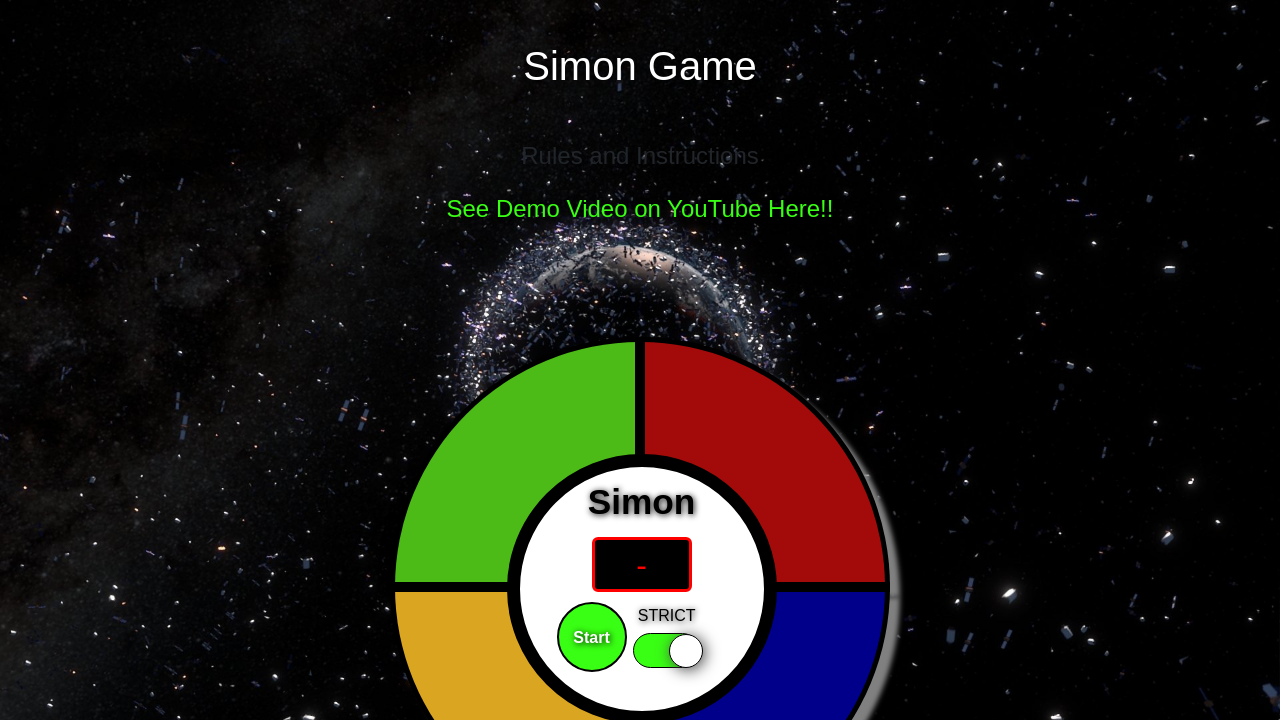
Repository: cgaynor91/Simon-Memory-Game
Page: index.html
The author's editor kept a record of every edit. The page is drawn from the files as they stood at one moment, then again after the next edit.
The browser window is 1280 px wide. The pictures show the whole page.
The pointer rests on the first visible `.btn-modal`.
An inner scrolling area shows only its first screen. Some web fonts or font styles are not loaded; a fallback is used.

Above is the page before.

### index.html
<!DOCTYPE html>
<html lang="en">

<head>
    <meta charset="UTF-8">
    <meta name="viewport" content="width=device-width, initial-scale=1.0">
    <meta http-equiv="X-UA-Compatible" content="ie=edge">
    <title>Simon Memory Game</title>

    <!-- Style sheets -->
    <link rel="stylesheet" href="https://stackpath.bootstrapcdn.com/bootstrap/4.3.1/css/bootstrap.min.css">
    <link href="https://fonts.googleapis.com/css?family=Fascinate+Inline&display=swap" rel="stylesheet" type="text/css">
    <link class="favicon" rel="icon" href="assets/images/favicon.ico" type="image/ico">

    <link rel="stylesheet" href="assets/css/style.css">

</head>


<body>
  <!-- Main Container -->

  <div class="container-fluid header">
    <!--main container-->
    <div class="row">
      <div class="col">
        <h1 class="m-4 py-2">Simon Game</h1>
      </div>
    </div>


    <!-- Button trigger modal - adapted from getbootstrap.com -->
<button type="button" class="btn btn-modal" data-toggle="modal" data-target="#exampleModal">
  Rules and Instructions
</button>

<!-- Modal -->
<div class="modal fade" id="exampleModal" tabindex="-1" role="dialog" aria-labelledby="exampleModalLabel" aria-hidden="true">
  <div class="modal-dialog" role="document">
    <div class="modal-content">
      <div class="modal-header">
        <h5 class="modal-title" id="ModalLabel">Rules & Instructions</h5>
        <button type="button" class="close" data-dismiss="modal" aria-label="Close">
          <span aria-hidden="true">&times;</span>
        </button>
      </div>
      <div class="modal-body">
        Think fast... SIMON says, "Chase my flashing lights and sounds"! <br>
         The challenge is to repeat the ever-increasing random signals that SIMON generates.<br>
         How To Play?<br>
         1. Press red START button; SIMON will give the first signal.<br>
2. Repeat the signal by pressing the same lens.<br>
3. SIMON will duplicate the first signal and will add one.<br>
4. Repeat these two signals by pressing the same lenses.<br>
5. SIMON will duplicate these first two signals and add one.<br>
6. Continue in this manner as long as you can repeat each sequence of signals correctly.<br>

      </div>
      <div class="modal-footer">
        <button type="button" class="btn btn-secondary" data-dismiss="modal">Close</button>
        <button type="button" class="btn btn-primary">Save changes</button>
      </div>
    </div>
  </div>
</div>

    <div class="row">
      <div class="rules-col col">
        <a href="https://www.youtube.com/watch?v=1Yqj76Q4jJ4" target="_blank">See Demo Video on YouTube Here!!</a>
      </div>
    </div>

    <!-- will hold the simon board -->
    <div class="container-fluid outer-circle">
      <div class="row">
        <div class="col simon-board">
          <div class="pads">
            <div id="greenpad" class="pad green-pad"></div>
            <div id="redpad" class="pad red-pad"></div>
            <div id="yellowpad" class="pad yellow-pad"></div>
            <div id="bluepad" class="pad blue-pad"></div>
          </div>

<!-- inner -circle of board containg number counter and switches -->

          <div class="inner-circle">
            <div class="label">Simon</div>
            <div id="turn" class="display">-</div>
            <div id="start" class="start-button">Start</div>
            <div class="container strict">
              <div class="strict-label">
                <p>STRICT</p>
                <div class="strict-switch">
                  <input type="checkbox" id="strict" class="toggle" checked/>
                </div>
              </div>
            </div>
          </div>
        </div>
      </div>
    </div>
  </div>

   <div class="container-fluid footer">
    <div class="row justify-content-center">
      <p>Website created by Claire Gaynor &copy;
        <br> For educational purposes only.</p>
    </div>
  </div>

    <!-- Audio Clips -->
  <audio id="sound-green" src="assets/sounds/green.mp3"></audio>
  <audio id="sound-red" src="assets/sounds/red.mp3"></audio>
  <audio id="sound-yellow" src="assets/sounds/yellow.mp3"></audio>
  <audio id="sound-blue" src="assets/sounds/blue.mp3"></audio>
  <audio id="game-win" src="assets/sounds/game-win.wav"></audio>
  <audio id="game-over" src="assets/sounds/game-over.wav"></audio>



    <!-- Scripts located at the bottom of the body to ensure quick page loading -->
    <script src="https://cdnjs.cloudflare.com/ajax/libs/jquery/3.4.1/jquery.slim.min.js"></script>
    <script src="https://ajax.googleapis.com/ajax/libs/jquery/3.3.1/jquery.min.js"></script>
    <script src="https://cdnjs.cloudflare.com/ajax/libs/popper.js/1.15.0/umd/popper.min.js"></script>
    <script src="https://stackpath.bootstrapcdn.com/bootstrap/4.3.1/js/bootstrap.min.js"></script>
    <script src="assets/js/script.js"></script>



</body>

</html>

### assets/css/style.css
@import url('https://fonts.googleapis.com/css?family=Fascinate+Inline:100,200,300,400,500,600,700');


html,

body {
  width: 100%;
  height: 100%;
  margin: 0;
  padding: 0;
  overflow-x: hidden;
  background-image: url("../images/bgimage.jpg");
  background-color: #161677;
  background-size: cover;
  font-family: 'Fascinate inline', sans-serif;
  text-shadow: 1px 1px 6px #000000;
}

.row {
  text-align: center;
  padding: 10px;
  margin: 0;
  width: 100%;
  height: 100%;
}

a {
  color: #39ff14;
  padding-top: 5px;
  font-size: 1.5em;
}

a:hover {
  color: #fff;
  text-decoration: none;
}

.rules-col {
  margin-bottom: 50px;
}

h1 {
  color: #fff;
  margin-top: 10px;
}

.label {
  position: absolute;
  font-size: 2.2em;
  color: #000;
  font-weight: bold;
  margin-top: 10px;
}


/* Modal */

.btn-modal {
    color: #39ff14;
  padding-top: 5px;
  font-size: 1.5em;
}


/* Containers */

.header {
  color: white;
  text-align: center;
}

.outer-circle {
  padding: 0;
  margin: auto;
  width: 100%;
  height: 100vw;
  max-width: 600px;
  max-height: 600px;
  border-radius: 50%;
  background-color: transparent;
  margin-bottom: 230px;
  display: flex;
}


.strict {
  position: absolute;
  margin-top: 149px;
  margin-left: 50px;
  padding: 0px;
  width: 29%;
  line-height: 0;
}


.footer {
  color: #fff;
}


/* Controls */


.inner-circle {
  display: -webkit-box;
  display: -ms-flexbox;
  display: flex;
  -webkit-box-pack: center;
  -ms-flex-pack: center;
  justify-content: center;
  position: absolute;
  background-color: #fff;
  top: 27%;
  left: 27%;
  width: 46vw;
  height: 46vw;
  max-width: 270px;
  max-height: 270px;
  border: solid 13px #000;
  border-radius: 50%;
  line-height: 50px;
  box-sizing: border-box;
  -moz-box-sizing: border-box;
  -webkit-box-sizing: border-box;
}


#turn {
  position: absolute;
  top: 70px;
  max-width: 100px;
  max-height: 55px;
  color: #ff0000;
  background-color: #000;
  width: 39vw;
  height: 11vw;
  margin: auto;
  border: solid 3px #ff0000;
  border-radius: 6px;
  font-size: 2em;
}

.start-button {
    float: left;
    margin-right: 100px;
    margin-top: 135px;
    padding: 10px;
    line-height: 3em;
    font-weight: bold;
    background-color: #39ff14;
    height: 70px;
    width: 70px;
    border-radius: 50%;
    border: solid 2px #000;
}

.start-button:active {
  background-color: #ccff00;
}

.strict-switch {
  margin-top: 17px;
}

.strict-label {
  color: #000;
}

input[type="checkbox"] {
  position: relative;
  width: 67px;
  height: 35px;
  -webkit-appearance: none;
  -moz-appearance: none;
  -o-appearance: none;
  appearance: none;
  background: #3e8231;
  border: solid 1px #000;
  border-radius: 25vw;
}

input:checked[type="checkbox"] {
  background-color: #39ff14;
}

input[type="checkbox"]:before {
  content: "";
  position: absolute;
  height: 34px;
  width: 34px;
  border-radius: 50%;
  border: solid .5px #000;
  background-color: #fff;
  box-shadow: 2px 2px 15px #444;
}

input:checked[type="checkbox"]:before {
  left: 35px;
}


/* Simon Board Pad Colours */

.pad {
  float: left;
  position: relative;
  width: 50%;
  height: 50vw;
  border: solid 12px #000;
  max-width: 300px;
  max-height: 300px;
  -moz-box-sizing: border-box;
  -webkit-box-sizing: border-box;
  box-shadow: 1px 1px 12px #000000;

}


#greenpad {
  position: absolute;
  height: 250px;
  width: 250px;
  border-radius: 250px 0 0 0;
  -moz-border-radius: 250px 0 0 0;
  -webkit-border-radius: 250px 0 0 0;
  background: #4CBB17;
  top: 50%;
  left: 50%;
  margin: -250px 0px 0px -250px;
  border-style: solid;
  border-width: 5px;
  box-sizing: border-box;
  -moz-box-sizing: border-box;
  -webkit-box-sizing: border-box;
}

#redpad {
  position: absolute;
  height: 250px;
  width: 250px;
  -moz-border-radius: 0 250px 0 0;
  -webkit-border-radius: 0 250px 0 0;
  background: #a30b0b;
  top: 50%;
  left: 50%;
  margin: -250px 0px 0px 0px;
  border-style: solid;
  border-width: 5px;
   box-shadow: 10px 10px 5px grey;
  box-sizing: border-box;
  -moz-box-sizing: border-box;
  -webkit-box-sizing: border-box;
}

#yellowpad {
  position: absolute;
  height: 250px;
  width: 250px;
  -moz-border-radius: 0 0 0 250px;
  -webkit-border-radius: 0 0 0 250px;
  background: #daa520;
  top: 50%;
  left: 50%;
  margin: 0px -250px 0px -250px;
  border-style: solid;
  border-width: 5px;
  box-sizing: border-box;
  box-shadow: 10px 10px 5px grey;
  -moz-box-sizing: border-box;
  -webkit-box-sizing: border-box;
}

#bluepad {
  position: absolute;
  height: 250px;
  width: 250px;
  -moz-border-radius: 0 0 250px 0;
  -webkit-border-radius: 0 0 250px 0;
  background: #00008b;
  top: 50%;
  left: 50%;
  margin: 0px 0px -250px 0px;
  border-style: solid;
  border-width: 5px;
  box-sizing: border-box;
   box-shadow: 10px 10px 5px grey;
  -moz-box-sizing: border-box;
  -webkit-box-sizing: border-box;
}

### assets/js/script.js
// Variables

let order = [];
let playerOrder = [];
let flash, turn, good, compTurn, intervalId, win;
let strict = true;
let volume = true;

// Variables targeted using jquery

const turnCounter = document.getElementById("turn");
const pad = document.getElementById("pad");
const greenPad = document.getElementById("greenpad");
const redPad = document.getElementById("redpad");
const yellowPad = document.getElementById("yellowpad");
const bluePad = document.getElementById("bluepad");
const strictButton = document.getElementById("strict");
const startButton = document.getElementById("start");



// Adapt game to play in strict mode if selected

$(strictButton).on('click', function() {
  if (strictButton.checked == true) {
    strict = true;
    turn = 1;
    clearInterval(intervalId);
    if ($(turnCounter).text() == "-") {
      $(turnCounter).text("-");
    }
    else {
      $(turnCounter).text("0");
    }
    setTimeout(function() {
      clearColor();
    }, 800);
  }
  else {
    strict = false;
  }
});


// Intialize Game when start button clicked

$(startButton).on("click", function() {
  clearInterval(intervalId);
  playGame();
});

// This function runs when it is time for the computer to generate a sequence.


function playGame() {
  intervalId = 0;
  win = false;
  $(turnCounter).text("1");
  playerOrder = [];
  turn = 1;
  flash = 0;
  good = true;
  for (var i = 0; i < 20; i++) {
    order.push(Math.floor(Math.random() * 4) + 1);
  }
  compTurn = true;

  intervalId = setInterval(gamePlay, 800);
}

/* A function to identify if it is the player's turn or the computer's turn.
The amount of flashes must match the number in the turn counter - sequence stops and is logged.
The comptuer reproduces a sequence and checks light id and applies correct light and sound function
Code here is partly taken from a tutorial on youtube by freecodecamp(credits & link in Readme)*/

function gamePlay() {

  if (flash == turn) {
    clearInterval(intervalId);
    compTurn = false;
    clearColor();
  }

  if (compTurn) {
    clearColor();
    setTimeout(function() {
      if (order[flash] == 1) one();
      if (order[flash] == 2) two();
      if (order[flash] == 3) three();
      if (order[flash] == 4) four();
      flash++;
    }, 200);
  }
}

// Functions that generate lights and sounds for all four pads

function one() {
  if (volume) {
    let audio = document.getElementById("sound-green");
    audio.play();
  }
  volume = true;
  greenPad.style.backgroundColor = "#39ff14";
}

function two() {
  if (volume) {
    let audio = document.getElementById("sound-red");
    audio.play();
  }
  volume = true;
  redPad.style.backgroundColor = "#B22222";
}

function three() {
  if (volume) {
    let audio = document.getElementById("sound-yellow");
    audio.play();
  }
  volume = true;
  yellowPad.style.backgroundColor = "#FFFF00";
}

function four() {
  if (volume) {
    let audio = document.getElementById("sound-blue");
    audio.play();
  }
  volume = true;
  bluePad.style.backgroundColor = "#0000ff";
}

// Returns pads to their original state

function clearColor() {
  greenPad.style.backgroundColor = "#4CBB17";
  redPad.style.backgroundColor = "#a30b0b";
  yellowPad.style.backgroundColor = "#daa520";
  bluePad.style.backgroundColor = "#00008b";
}

// Function to cause all colours to flash at the same time

function flashColor() {
  greenPad.style.backgroundColor = "#39ff14";
  redPad.style.backgroundColor = "#B22222";
  yellowPad.style.backgroundColor = "#FFFF00";
  bluePad.style.backgroundColor = "#0000FF";
}

// Functions for wqhen each pads are clicked.
// By clicking one pad, a number is pushed into the player sequence array
// Colour clears after set time

$(greenPad).on('click', function() {
  playerOrder.push(1);
  check();
  one();
  if (!win) {
    setTimeout(function() {
      clearColor();
    }, 350);
  }
});

$(redPad).on('click', function() {
  playerOrder.push(2);
  check();
  two();
  if (!win) {
    setTimeout(function() {
      clearColor();
    }, 350);
  }
});

$(yellowPad).on('click', function() {
  playerOrder.push(3);
  check();
  three();
  if (!win) {
    setTimeout(function() {
      clearColor();
    }, 350);
  }
});

$(bluePad).on('click', function() {
  playerOrder.push(4);
  check();
  four();
  if (!win) {
    setTimeout(function() {
      clearColor();
    }, 350);
  }
});

// Function created to check and see if
// 1. The colour sequence is followed incorrectly
// 2. If player sequence matches the turn counter
// 3. If the player has completed 20 levels to win game
// 4. Also if strict mode is actve and the player has lost a game

function check() {
  if (playerOrder[playerOrder.length - 1] !== order[playerOrder.length - 1])
    good = false;

  if (playerOrder.length == 20 && good) {
    winGame();
  }

  if (good == false) {
    flashColor();
    $(turnCounter).text("NO!");
    let audio = document.getElementById("game-over");
    audio.play();
    setTimeout(function() {
      $(turnCounter).text((turn) - 1);
      clearColor();

      if (strict) {
        playGame();
      }
      else {
        compTurn = true;
        flash = 0;
        playerOrder = [];
        good = true;
        intervalId = setInterval(gamePlay, 800);
      }
    }, 800);

    volume = false;
  }

  else if (turn == playerOrder.length && good && !win) {
    turn++;
    playerOrder = [];
    compTurn = true;
    flash = 0;
    $(turnCounter).text((turn) - 1);
    intervalId = setInterval(gamePlay, 800);
  }
}

// Function is called upon if the player wins the game - displaying "WIN!" in the counter and playing audio

function winGame() {
  flashColor();
  $(turnCounter).text("WIN!");
  win = true;
  setTimeout(function() {
    let audio = document.getElementById("game-win");
    audio.play();
  }, 600);
}

After the next edit:
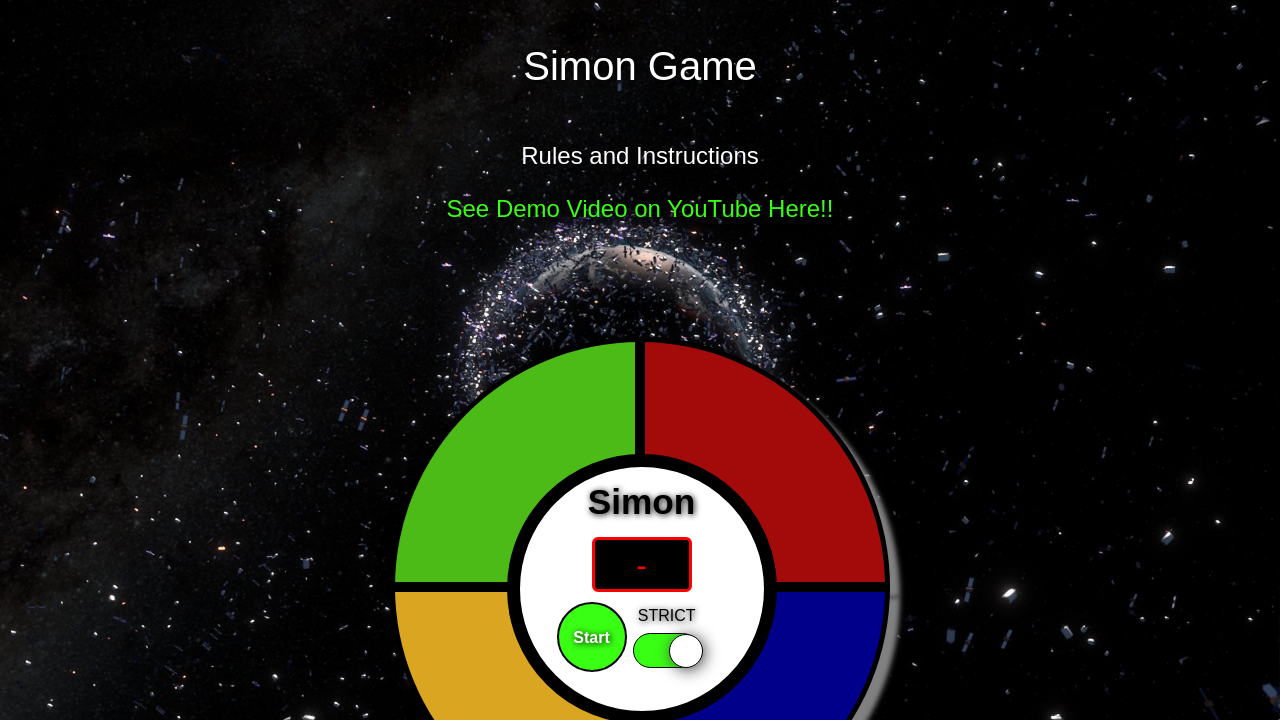
The edit:
--- a/assets/css/style.css
+++ b/assets/css/style.css
@@ -61,6 +61,9 @@
   font-size: 1.5em;
 }
 
+.btn-modal:hover {
+   color: #fff;
+}
 
 /* Containers */
 
